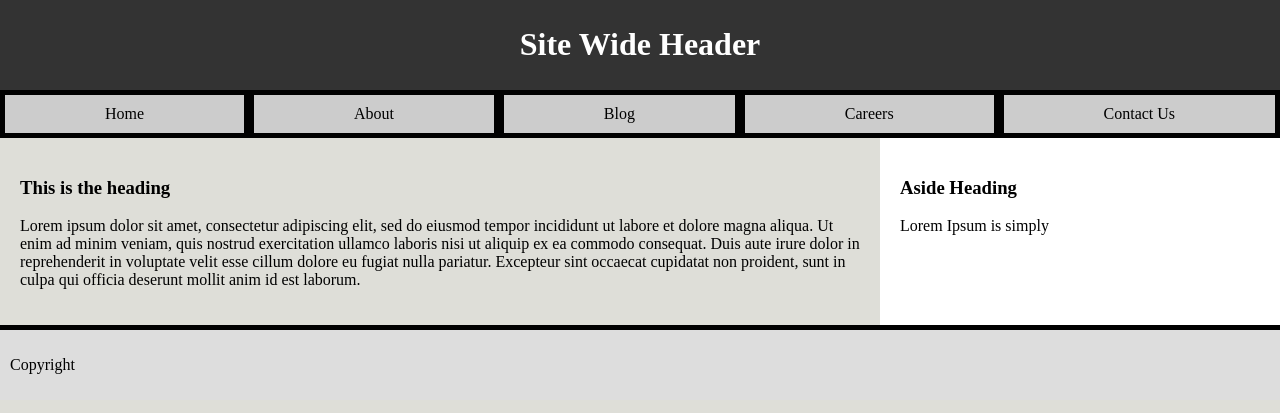
Repository: ayeza-baseer/AssignmentFlexbox
Page: assignment.html
An editor plug-in stored every save of this project. The page is shown before and after the next save, followed by the edit.
The browser window is 1280 px wide. The pictures show the whole page.

Above is the page before, as saved 2023-03-17 14:41:55.

After the next save:
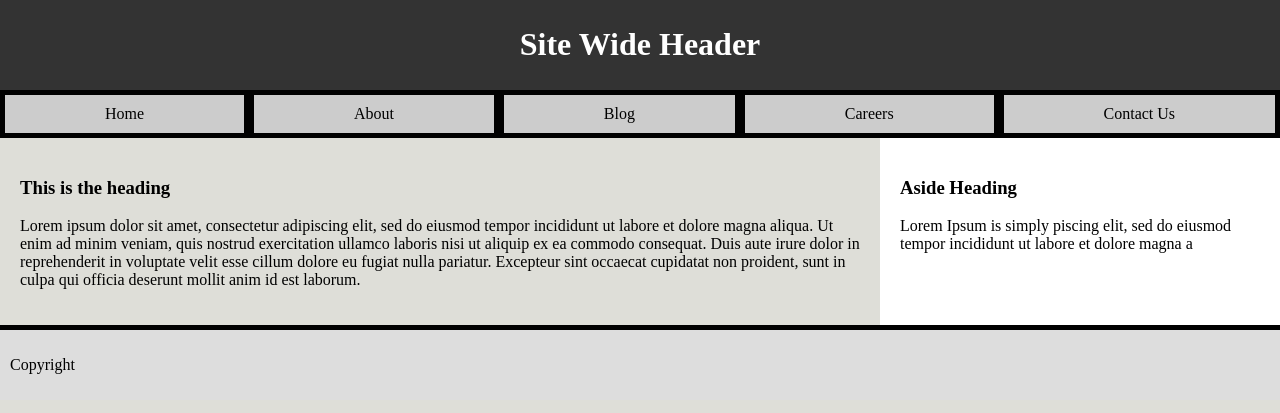
Saved 42 s later.
--- a/assignment.html
+++ b/assignment.html
@@ -25,7 +25,7 @@
       </div>
       <div class="aside">
         <h3>Aside Heading</h3>
-        <p>Lorem Ipsum is simply</p>
+        <p>Lorem Ipsum is simply  piscing elit, sed do eiusmod tempor incididunt ut labore et dolore magna a</p>
       </div>
     </div>
 </div>
